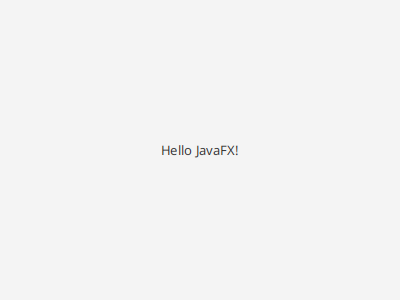
Repository: tyoshikawa1106/javafx-hello-world
Program's window: java MyJavaFX/src/io/github/tyoshikawa1106/MyApp.java
These files come from the project's save history. The program's window is drawn as it stood at one moment and after a run of saves; the edit follows.
It runs on Java 21 on a 1366 x 768 screen with JavaFX 11; the title bar is not drawn.

Above is the program's window before, as saved 2016-04-11 15:42:18.

After the next 3 saves:
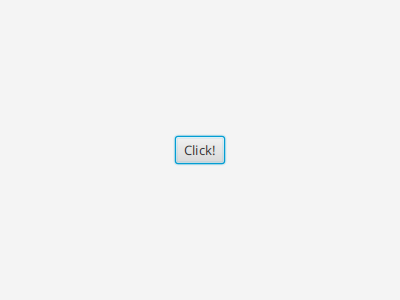
The 3 saves are shown as one change because 2 did not build or start.
The last was saved 84 s later.
--- a/MyJavaFX/src/io/github/tyoshikawa1106/Home.fxml
+++ b/MyJavaFX/src/io/github/tyoshikawa1106/Home.fxml
@@ -3,9 +3,11 @@
 <?import javafx.scene.layout.*?>
 
 <BorderPane prefHeight="300" prefWidth="400"
+	fx:controller="io.github.tyoshikawa1106.HomeController"
 	xmlns="http://javafx.com/javafx/8"
 	xmlns:fx="http://javafx.com/fxml/1">
 	<center>
 		<Label fx:id="label1" text="Hello JavaFX!" BorderPane.alignment="CENTER" />
+		<Button fx:id="button1" onAction="#doClick" text="Click!" BorderPane.alignment="CENTER" />
 	</center>
 </BorderPane>
